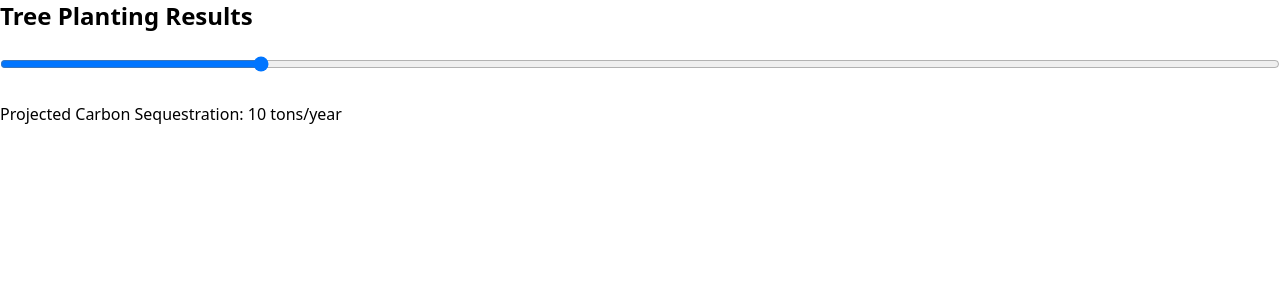
Repository: kayacancode/tolgrainger
Page: /result
The author's editor kept a copy of each file at every save. The page is drawn from the files as they stood at one save, then again after the next save.
The browser window is 1280 px wide. The pictures show the whole page.
The project was rebuilt for these pictures with package versions that can differ from the ones it lists, and the page was loaded fresh each time. The framework's server and built-in components were replaced by stand-ins that run in the browser. Also part of the build but not shown: next.config.mjs.

Above is the page before, as saved 2024-10-23 22:08:24.

After the next save:
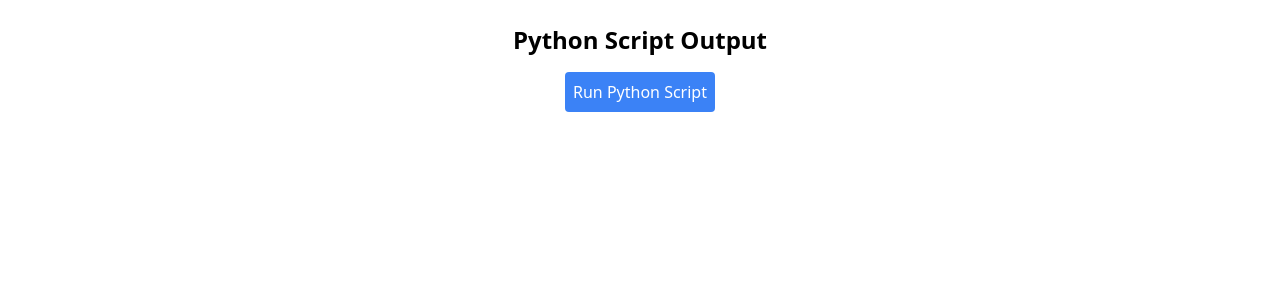
Saved 19 min 15 s later.
--- a/src/app/result/page.tsx
+++ b/src/app/result/page.tsx
@@ -1,28 +1,54 @@
-"use client";
+// Results.tsx
+import React, { useState } from 'react';
 
-import { useState } from "react";
-import dynamic from "next/dynamic";
+const Results = () => {
+  const [output, setOutput] = useState<string | null>(null);
+  const [error, setError] = useState<string | null>(null);
 
-const MapWithTrees = dynamic(() => import("@/components/MapWithTrees"), {
-  ssr: false,
-});
+  const fetchPythonOutput = async () => {
+    try {
+      const response = await fetch('http://127.0.0.1:8000/run-script/', {
+        method: 'POST',
+        headers: { 'Content-Type': 'application/json' },
+        body: JSON.stringify({ data: "Your input data here" }),
+      });
 
-export default function ResultPage() {
-  const [treeCount, setTreeCount] = useState(100);
+      const result = await response.json();
+      if (result.error) {
+        setError(result.error);
+      } else {
+        setOutput(result.output);
+      }
+    } catch (err) {
+      setError('Failed to connect to backend');
+    }
+  };
 
   return (
-    <div className="space-y-6">
-      <h2 className="text-2xl font-bold">Tree Planting Results</h2>
-      {/* <MapWithTrees treeCount={treeCount} /> */}
-      <input
-        type="range"
-        min="0"
-        max="500"
-        value={treeCount}
-        onChange={(e) => setTreeCount(+e.target.value)}
-        className="w-full"
-      />
-      <p>Projected Carbon Sequestration: {treeCount * 0.1} tons/year</p>
+    <div className="text-center p-6">
+      <h1 className="text-2xl font-bold mb-4">Python Script Output</h1>
+      <button
+        onClick={fetchPythonOutput}
+        className="bg-blue-500 text-white p-2 rounded mb-4"
+      >
+        Run Python Script
+      </button>
+
+      {output && (
+        <div className="bg-gray-100 p-4 rounded shadow">
+          <h3 className="text-lg font-bold">Output:</h3>
+          <pre>{output}</pre>
+        </div>
+      )}
+
+      {error && (
+        <div className="bg-red-100 p-4 rounded shadow text-red-500">
+          <h3 className="text-lg font-bold">Error:</h3>
+          <pre>{error}</pre>
+        </div>
+      )}
     </div>
   );
-}
+};
+
+export default Results;
